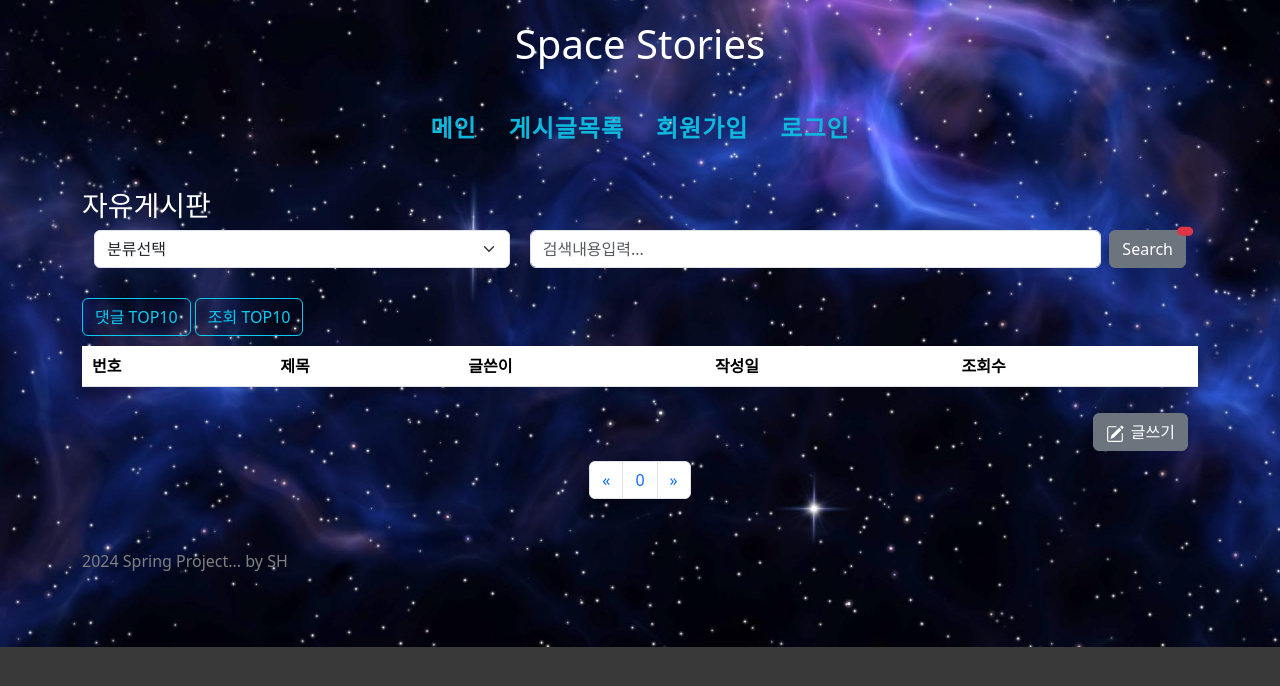
Repository: dtkd19/spring_personal_project
Page: http://localhost/myproject/WEB-INF/views/board/list.jsp
These files come from the project's save history. The page is drawn as it stood at one moment and after the next save; the edit follows.
The browser window is 1280 px wide. The pictures show the whole page.
The page is served by Tomcat 9. Nobody is signed in. The template is opened directly, without the code that normally fills it, so the values that code supplies are empty.

Above is the page before, as saved 2024-11-11 02:51:58.

After the next save:
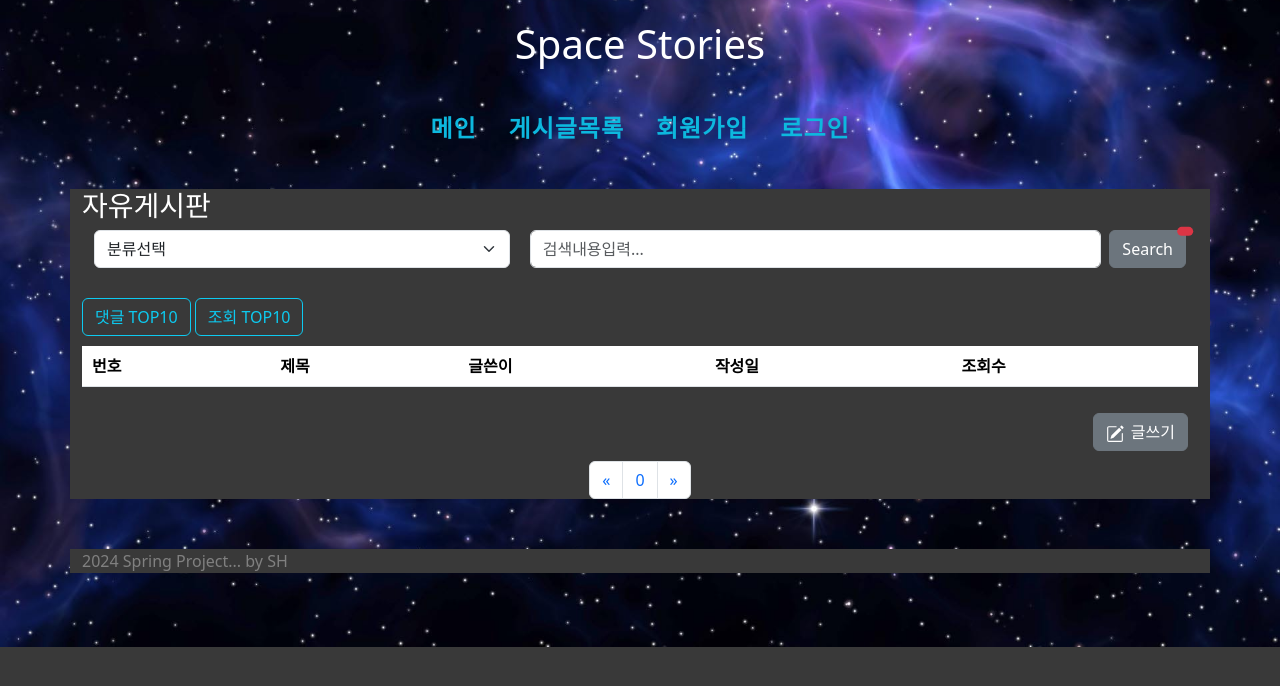
Saved 23 min 2 s later.
--- a/myproject/src/main/webapp/resources/css/list.css
+++ b/myproject/src/main/webapp/resources/css/list.css
@@ -27,3 +27,7 @@
 .writeBtn{
 	margin-left: 3px;
  }
+
+.container-md{
+	background-color: #393939;
+}
